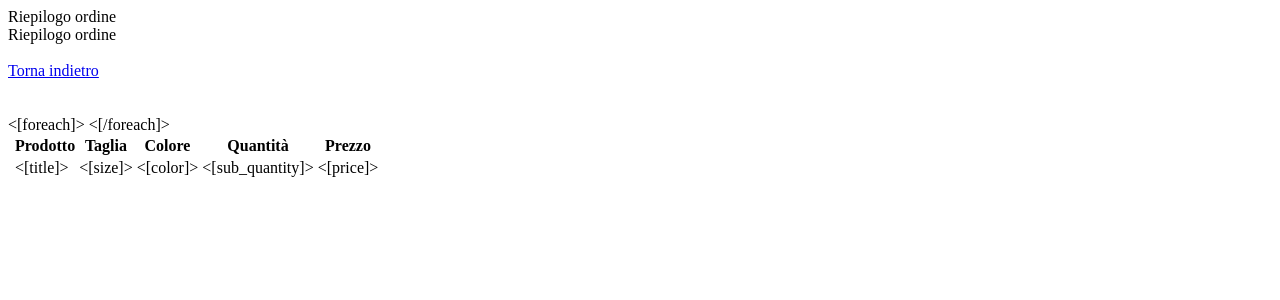
Repository: i4c0ni99/MotorShop
Page: skins/motor-html-package/motor/my-pending-orders.html
The author's editor kept a copy of each file at every save. The page is drawn from the files as they stood at one save, then again after the next save.
The browser window is 1280 px wide. The pictures show the whole page.

Above is the page before, as saved 2024-10-22 09:46:46.

After the next save:
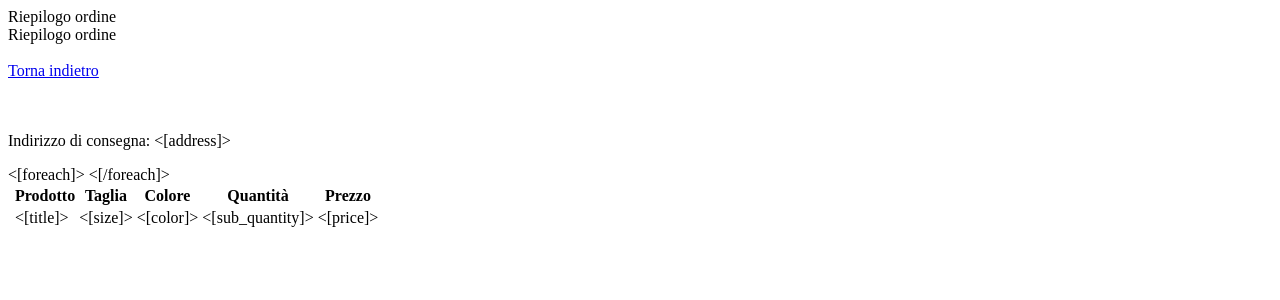
Saved 37 s later.
--- a/skins/motor-html-package/motor/my-pending-orders.html
+++ b/skins/motor-html-package/motor/my-pending-orders.html
@@ -28,6 +28,7 @@
                                 <br>
                             </div>
                             <br>
+                            <p>Indirizzo di consegna: <[address]></p>
                             <div class="table-responsive table-desi">
                                 <table class="all-package coupon-table table table-striped">
                                     <thead>
